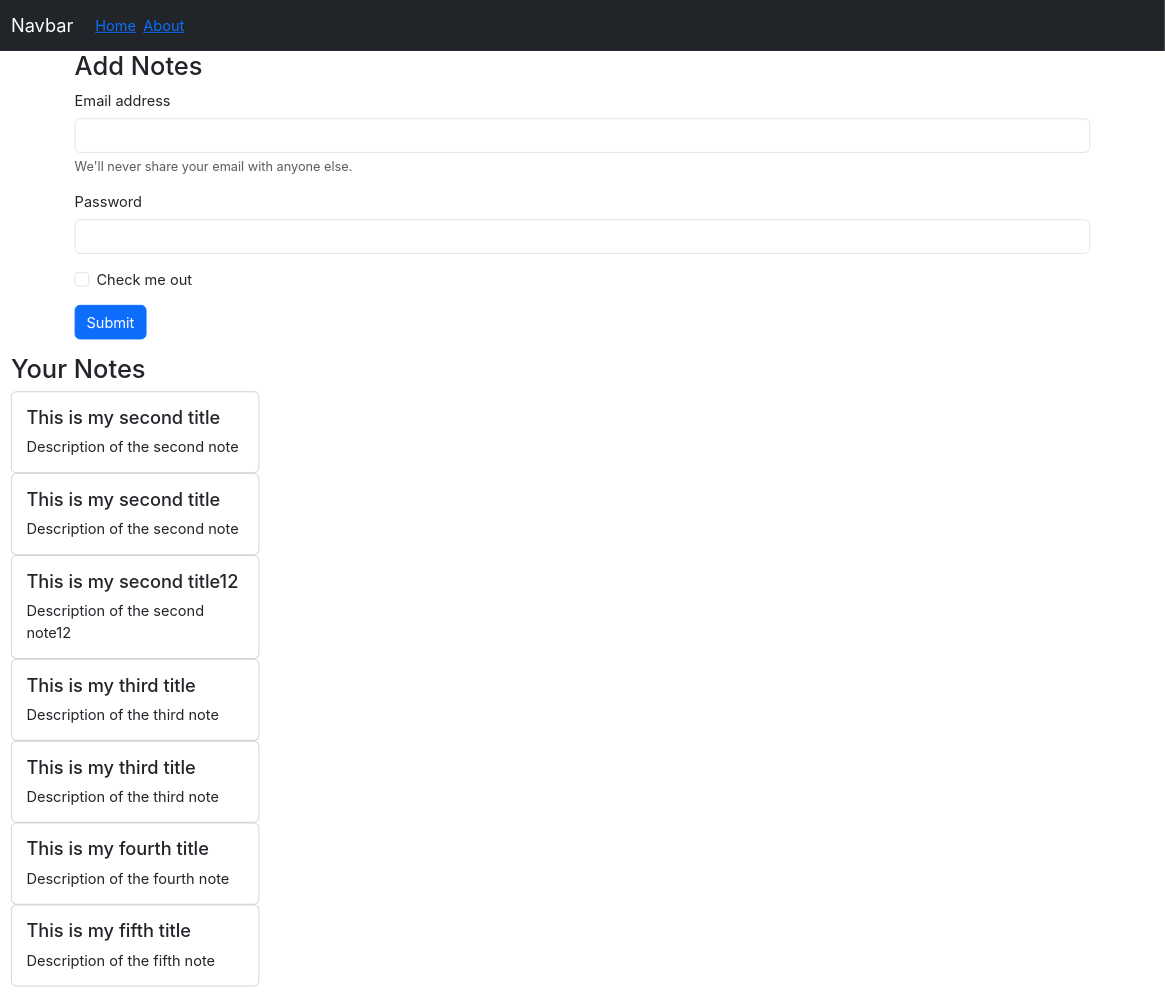
Repository: alphacode77/DailyNotes-react
Page: /
These files come from the project's save history. The page is drawn as it stood at one moment and after the next save; the edit follows.
The browser window is 1280 px wide. The pictures show the whole page, at 91% of full size.
Some web libraries are served in a nearby version. The project was rebuilt for these pictures with package versions that can differ from the ones it lists, and the page was loaded fresh each time. Also part of the build but not shown: src/App.css, src/components/About.js.

Above is the page before, as saved 2023-02-28 16:44:04.

### public/index.html
<!DOCTYPE html>
<html lang="en">
  <head>
    <meta charset="utf-8" />
    <link rel="icon" href="%PUBLIC_URL%/favicon.ico" />
    <meta name="viewport" content="width=device-width, initial-scale=1" />
    <meta name="theme-color" content="#000000" />
    <meta
      name="description"
      content="Web site created using create-react-app"
    />
    <link rel="apple-touch-icon" href="%PUBLIC_URL%/logo192.png" />
    <!--
      manifest.json provides metadata used when your web app is installed on a
      user's mobile device or desktop. See https://developers.google.com/web/fundamentals/web-app-manifest/
    -->
    <link rel="manifest" href="%PUBLIC_URL%/manifest.json" />
    <!--
      Notice the use of %PUBLIC_URL% in the tags above.
      It will be replaced with the URL of the `public` folder during the build.
      Only files inside the `public` folder can be referenced from the HTML.

      Unlike "/favicon.ico" or "favicon.ico", "%PUBLIC_URL%/favicon.ico" will
      work correctly both with client-side routing and a non-root public URL.
      Learn how to configure a non-root public URL by running `npm run build`.
    -->
    <link href="https://cdn.jsdelivr.net/npm/bootstrap@5.3.0-alpha1/dist/css/bootstrap.min.css" rel="stylesheet" integrity="sha384-GLhlTQ8iRABdZLl6O3oVMWSktQOp6b7In1Zl3/Jr59b6EGGoI1aFkw7cmDA6j6gD" crossorigin="anonymous">
    <title>React App</title>
  </head>
  <body>
    <noscript>You need to enable JavaScript to run this app.</noscript>
    <div id="root"></div>
    <!--
      This HTML file is a template.
      If you open it directly in the browser, you will see an empty page.

      You can add webfonts, meta tags, or analytics to this file.
      The build step will place the bundled scripts into the <body> tag.

      To begin the development, run `npm start` or `yarn start`.
      To create a production bundle, use `npm run build` or `yarn build`.
    -->
    <script src="https://cdn.jsdelivr.net/npm/bootstrap@5.3.0-alpha1/dist/js/bootstrap.bundle.min.js" integrity="sha384-w76AqPfDkMBDXo30jS1Sgez6pr3x5MlQ1ZAGC+nuZB+EYdgRZgiwxhTBTkF7CXvN" crossorigin="anonymous"></script>
    <script src="https://kit.fontawesome.com/320aa9be75.js" crossorigin="anonymous"></script>
  </body>
</html>

### src/index.css
body {
  margin: 0;
  font-family: -apple-system, BlinkMacSystemFont, 'Segoe UI', 'Roboto', 'Oxygen',
    'Ubuntu', 'Cantarell', 'Fira Sans', 'Droid Sans', 'Helvetica Neue',
    sans-serif;
  -webkit-font-smoothing: antialiased;
  -moz-osx-font-smoothing: grayscale;
}

code {
  font-family: source-code-pro, Menlo, Monaco, Consolas, 'Courier New',
    monospace;
}


/* Custom Styles */
i{
  cursor: pointer;
}

### src/App.js
import './App.css';
import Navbar from './components/Navbar';
import Home from './components/Home';
import About from './components/About';
import NoteState from './Context/Notes/NoteState';
import {
  BrowserRouter as Router,
  Route,
  Routes
} from "react-router-dom";

function App() {
  return (
    <>
    <NoteState>


    <Router>
    <Navbar/>
    <Routes>
      <Route exact path="/" element={<Home/>} />
      <Route exact path="/about" element={<About/>} />
      {/* <Route exactPath="/navbar" element={<Navbar/>} /> */}
    </Routes>
  </Router>
  </NoteState>

    </>

  );
}

export default App;

### src/components/Navbar.js
import React, { useEffect }  from 'react'
import { Link,useLocation } from 'react-router-dom'

const Navbar = ()=>{
  let location = useLocation();
  useEffect(()=>{

  },[location])
    return (
     <>
     <nav className="navbar navbar-expand-lg bg-dark navbar-dark">
  <div className="container-fluid">
    <Link className="navbar-brand" to="/">Navbar</Link>
    <button className="navbar-toggler" type="button" data-bs-toggle="collapse" data-bs-target="#navbarSupportedContent" aria-controls="navbarSupportedContent" aria-expanded="false" aria-label="Toggle navigation">
      <span className="navbar-toggler-icon"></span>
    </button>
    <div className="collapse navbar-collapse" id="navbarSupportedContent">
      <ul className="navbar-nav me-auto mb-2 mb-lg-0">
        <li className="nav-item mx-2">
          <Link className={`"nav-link" ${location.pathname==="/"?"active":""}`} aria-current="page" to="/">Home</Link>
        </li>
        <li className="nav-item">
          <Link className={`"nav-link" ${location.pathname==="/about"?"active":""}`} to="/about">About</Link>
        </li>
      </ul>

    </div>
  </div>
</nav>
     </>
    )
}

export default Navbar

### src/components/Home.js
import React from "react"
import Notes from "./Notes"

const Home =()=>{

    return(
        <>
        <div className="container">
        <h3>Add Notes</h3>
        <form>
  <div className="mb-3 ">
    <label for="exampleInputEmail1" className="form-label">Email address</label>
    <input type="email" className="form-control" id="exampleInputEmail1" aria-describedby="emailHelp"/>
    <div id="emailHelp" className="form-text">We'll never share your email with anyone else.</div>
  </div>
  <div className="mb-3">
    <label for="exampleInputPassword1" className="form-label">Password</label>
    <input type="password" className="form-control" id="exampleInputPassword1"/>
  </div>
  <div className="mb-3 form-check">
    <input type="checkbox" className="form-check-input" id="exampleCheck1"/>
    <label className="form-check-label" for="exampleCheck1">Check me out</label>
  </div>
  <button type="submit" className="btn btn-primary">Submit</button>
</form>
</div>
<Notes/>
        </>
    )
}

export default Home

### src/Context/Notes/NoteState.js
import React, { useState } from "react";
import NoteContext from "./NoteContext"


const NoteState = (props) => {

  const initalNotes = [
    {
      "_id": "63f3b6c17c6863985aada677be",
      "user": "63f20b9a00ad623ad3d4dae2",
      "title": "This is my second title",
      "description": "Description of the second note",
      "tag": "demo check",
      "date": "2023-02-20T18:07:03.296Z",
      "__v": 0
    },
    {
      "_id": "63f3b892a233086ff244bcc267",
      "user": "63f20b9a00ad623ad3d4dae2",
      "title": "This is my second title",
      "description": "Description of the second note",
      "tag": "demo check",
      "date": "2023-02-20T18:14:42.184Z",
      "__v": 0
    },
    {
      "_id": "63f3b89ca324086ff244bcc26b",
      "user": "63f20b9a00ad623ad3d4dae2",
      "title": "This is my second title12",
      "description": "Description of the second note12",
      "tag": "demo check",
      "date": "2023-02-20T18:14:52.449Z",
      "__v": 0
    },
    {
      "_id": "63f49f588821556f0ed94969e",
      "user": "63f20b9a00ad623ad3d4dae2",
      "title": "This is my third title",
      "description": "Description of the third note",
      "tag": "personal",
      "date": "2023-02-21T10:39:20.800Z",
      "__v": 0
    },
    {
      "_id": "63f49f5888215665f0ed94969e",
      "user": "63f20b9a00ad623ad3d4dae2",
      "title": "This is my third title",
      "description": "Description of the third note",
      "tag": "personal",
      "date": "2023-02-21T10:39:20.800Z",
      "__v": 0
    },
    {
      "_id": "63f900232ae5c6479c6e95d43e",
      "user": "63f20b9a00ad623ad3d4dae2",
      "title": "This is my fourth title",
      "description": "Description of the fourth note",
      "tag": "personal",
      "date": "2023-02-24T18:21:30.036Z",
      "__v": 0
    },
    {
      "_id": "63f90b33480d38d651f2ba231",
      "user": "63f20b9a00ad623ad3d4dae2",
      "title": "This is my fifth title",
      "description": "Description of the fifth note",
      "tag": "personal",
      "date": "2023-02-24T19:08:35.605Z",
      "__v": 0
    }
  ]
  const [notes, setNotes] = useState(initalNotes)

  //Add Notes
  const addNote = (title, description, tag) => {
    let note = {
      "_id": "63f90022ae5c6479c6e95d43e",
      "user": "63f20b9a00ad623ad3d4dae2",
      "title": title,
      "description": description,
      "tag": tag,
      "date": "2023-02-24T18:21:30.036Z",
      "__v": 0
    }
    setNotes(notes.concat(note))
  }

  //Delete Notes
  const deleteNote = () => {

  }

  //Update Notes
  const updateNote = () => {

  }
  return (
    <NoteContext.Provider value={{ notes, setNotes, addNote, deleteNote, updateNote }}>
      {props.children}
    </NoteContext.Provider>

  )
}

export default NoteState;

### src/components/Notes.js
import React,{ useContext } from 'react'
import NoteContext from "../Context/Notes/NoteContext"
import Noteitem from './Noteitem';

function Notes() {
  const context = useContext(NoteContext);
  const{notes,setNotes} = context
  return (
  <>
  <div className="container row my-3">
  <h3>Your Notes</h3>
  {notes.map((note)=>{
    return <Noteitem  note={note} />
  })}
</div>
  </>
  )
}

export default Notes

### src/Context/Notes/NoteContext.js
import {createContext} from 'react'

const NoteContext = createContext();

export default NoteContext;

### src/components/Noteitem.js
import React from 'react'

const Noteitem = (props) => {
  const { note } = props
  return (
    <>
      <div className="">
        <div className="card col-md-3">
          <div className="card-body">
            <h5 className="card-title">{note.title}</h5>
            <p className="card-text">{note.description}</p>
          </div>
        </div>
      </div>

    </>
  )
}

export default Noteitem

Loaded but not shown: src/index.js (common file)

After the next save:
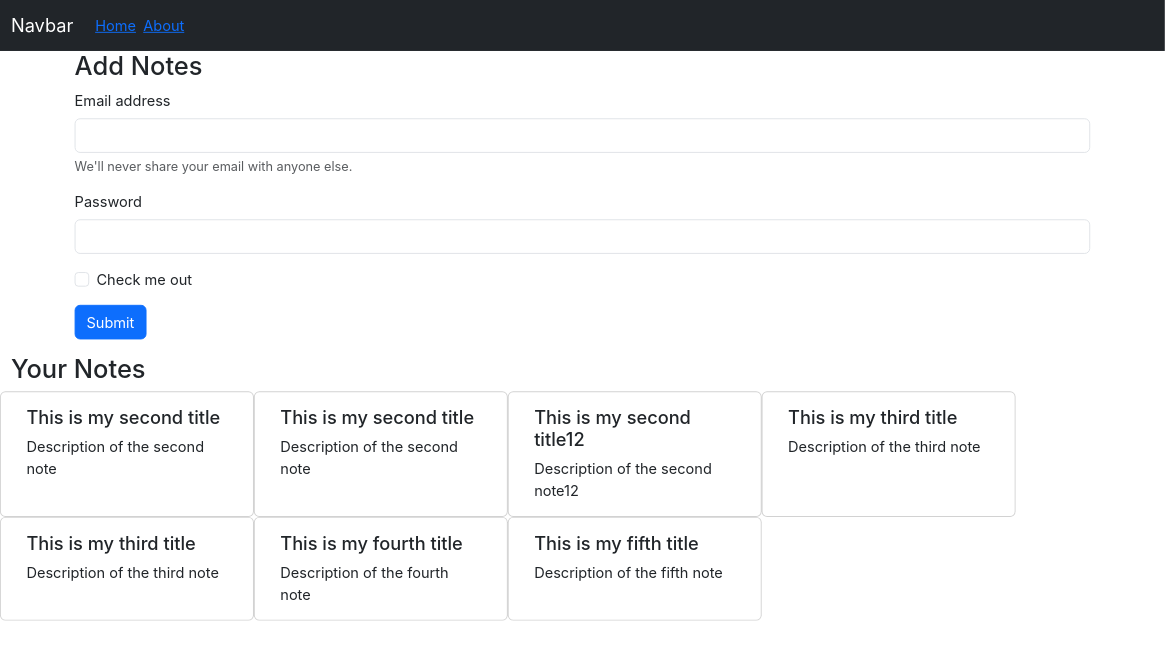
Saved 7 s later.
--- a/src/components/Noteitem.js
+++ b/src/components/Noteitem.js
@@ -4,14 +4,14 @@ const Noteitem = (props) => {
   const { note } = props
   return (
     <>
-      <div className="">
+
         <div className="card col-md-3">
           <div className="card-body">
             <h5 className="card-title">{note.title}</h5>
             <p className="card-text">{note.description}</p>
           </div>
         </div>
-      </div>
+
 
     </>
   )
